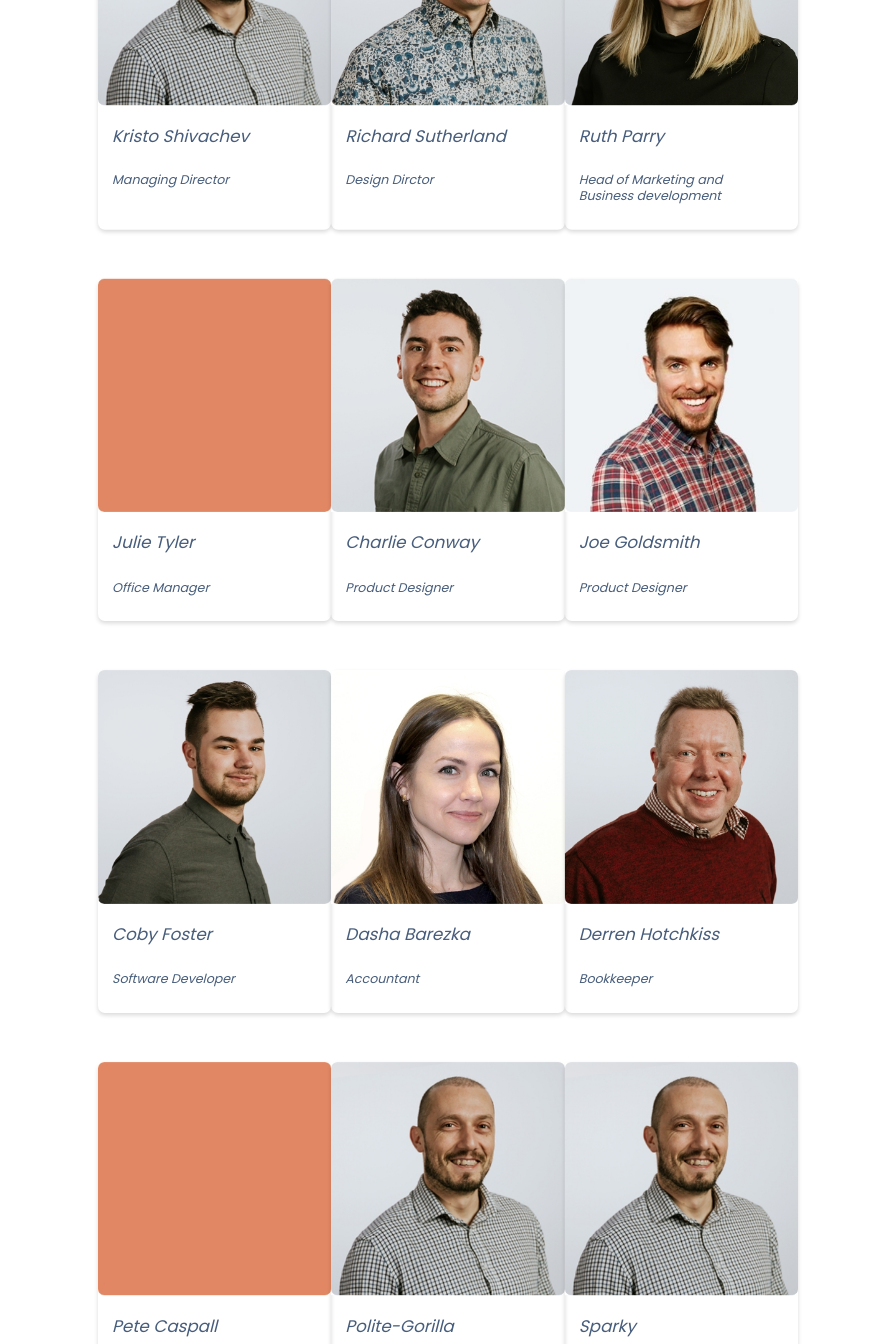
Repository: cobyfoster99/User-Centric-frontend-project
Page: about.html
The author's editor kept a record of every edit. The page is drawn from the files as they stood at one moment, then again after the next edit.
The browser window is 1280 px wide. The pictures show the part of the page from y = 1435 to 3355 px (the page is 4656 px tall before and 4635 px after), at 70% of full size.
Some web libraries are served in a nearby version.

Above is the page before.

After the next edit:
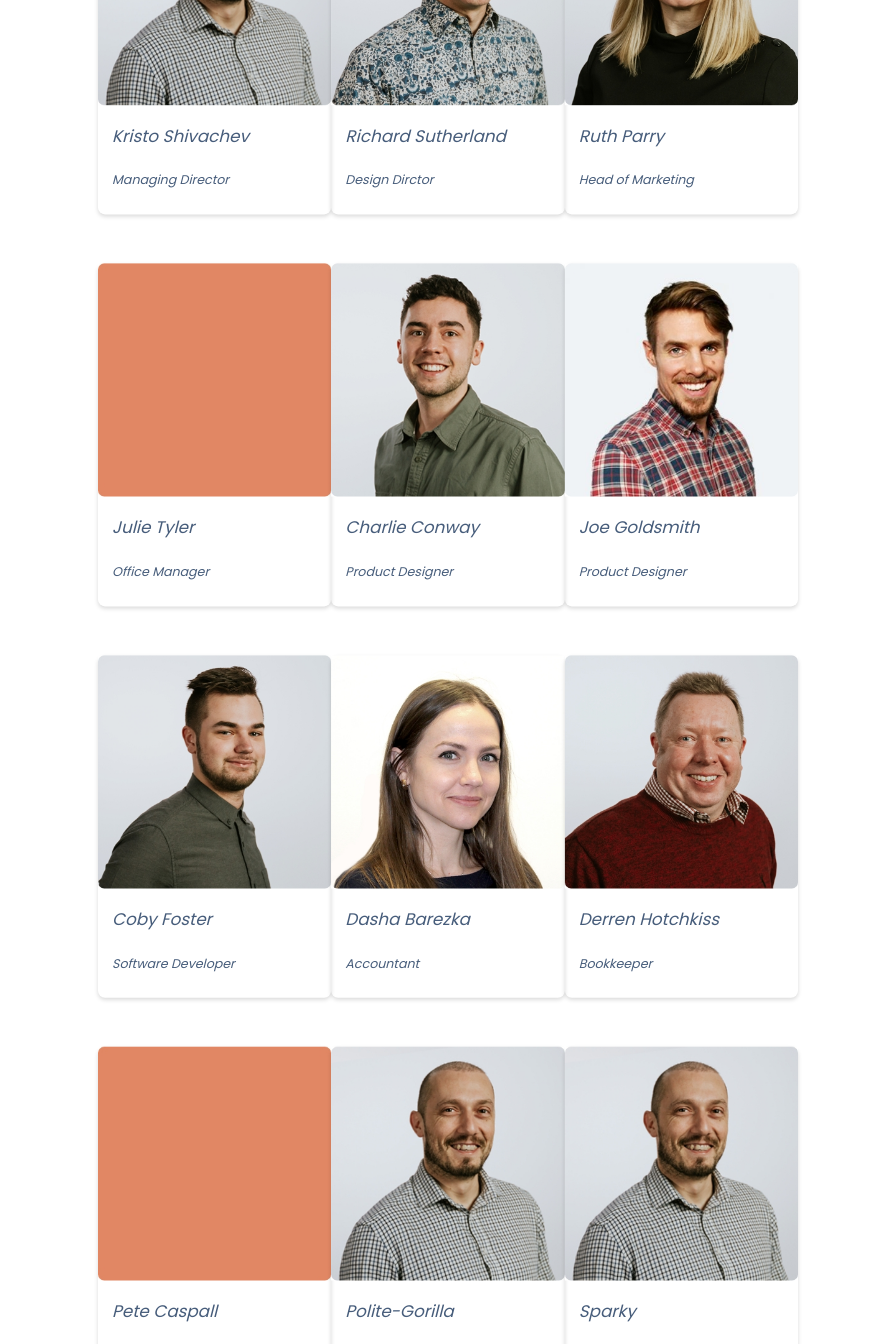
The edit:
--- a/about.html
+++ b/about.html
@@ -75,7 +75,7 @@
                 <div class="meet-the-team-box">
                     <img class="meet-the-team-img" src="./assets/media-library/Ruth.jpg"></img>
                     <h4 class="meet-the-team-h4">Ruth Parry</h4>
-                    <h5 class="meet-the-team-h5">Head of Marketing and Business development</h5>
+                    <h5 class="meet-the-team-h5">Head of Marketing</h5>
                 </div>
 
 
